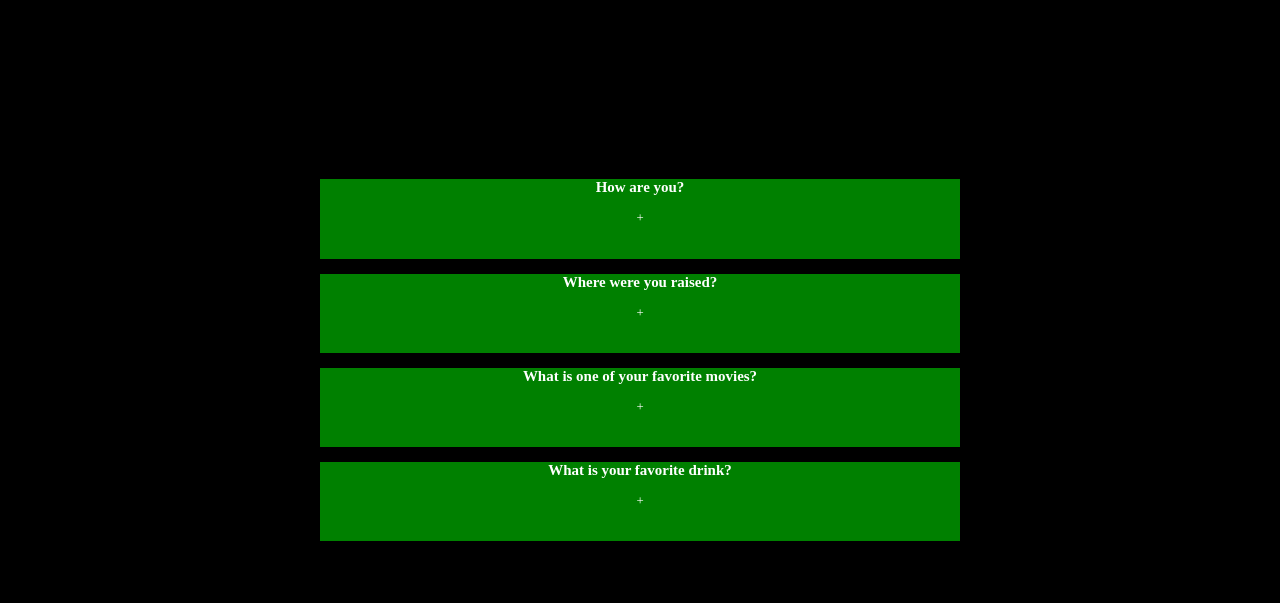
Repository: kosenijr/react-projects
Page: / (app in accordion/)
An editor plug-in stored every save of this project. The page is shown before and after the next save, followed by the edit.
The browser window is 1280 px wide. The pictures show the whole page.
The project was rebuilt for these pictures with package versions that can differ from the ones it lists, and the page was loaded fresh each time.

Above is the page before, as saved 2024-03-02 23:07:10.

### accordion/src/App.js
import React from "react";
import "./App.css";
import SingleSelection from "./components/SingleSelection";

function App() {
  return (
    <div className="App">
      <SingleSelection />
    </div>
  );
}

export default App;

### accordion/src/components/SingleSelection.js
import React, { useState } from "react";
import "../styles/SingleSelection.css";
import data from "../data";

function Accordion() {
  // setting up useState
  const [selected, setSelected] = useState(null);
  // setting up handling
  const handleSingleSelection = (getCurrentId) => {
    console.log(selected, getCurrentId);
    // setSelected(getCurrentId === selected ? null : getCurrentId); // keep add condition for closure
    setSelected(selected !== getCurrentId ? getCurrentId : null)
  };

  return (
    <div className="wrapper">
      {/* single selection accordion */}
      <div className="accordion">
        {data && data.length > 0 ? (
          data.map((dataItem) => (
            <div className="item" key={dataItem.id}>
              {" "}
              {/* always remember to add key */}
              <div
                className="title"
                onClick={() => handleSingleSelection(dataItem.id)}
              >
                <h3>{dataItem.question}</h3>
                <span>+</span>
              </div>
              {selected === dataItem.id ? (
                <div className="content ">{dataItem.answer}</div>
              ) : null}
            </div>
          ))
        ) : (
          <div>No data found!</div>
        )}
      </div>
    </div>
  );
}

export default Accordion;

### accordion/src/styles/SingleSelection.css
.wrapper {
  display: flex;
  justify-content: center;
  align-items: center;
  height: 100vh;
  width: 100vw;
  background-color: black
}
.accordion {
  color: white;
}

.item {
  background-color: green;
  font-size: 0.8em;
  font-family: "Raleway", "Times New Roman";
  margin: 2vh 0;
  padding-bottom: 1vh;
  height: 10vh;
  width: 50vw;
  border: 0.5em solid white
  cursor: pointer;
}

.content {
  font-size: 1.2em;
  font-family:  "Raleway", "Times New Roman";
  font-weight: 600;
}

### accordion/src/data.js
const data = [
  {
    id: 1,
    question: "How are you?",
    answer: "I am well!",
  },

  {
    id: 2,
    question: "Where were you raised?",
    answer: "I was raised in Queens.",
  },

  {
    id: 3,
    question: "What is one of your favorite movies?",
    answer: "Harlem Nights",
  },

  {
    id: 4,
    question: "What is your favorite drink?",
    answer: "Water",
  },
];

export default data;

Loaded but not shown: accordion/public/index.html (common file); accordion/src/index.js (common file); accordion/src/index.css (common file); accordion/src/reportWebVitals.js (common file); accordion/src/App.css (common file)

After the next save:
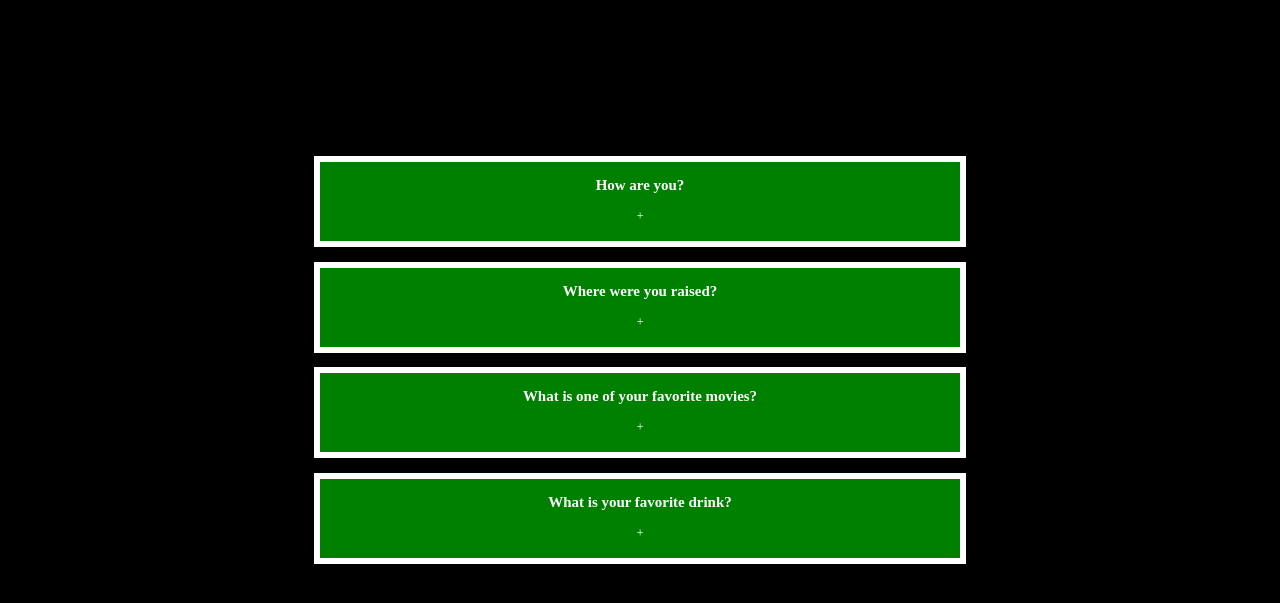
Saved 3 s later.
--- a/accordion/src/styles/SingleSelection.css
+++ b/accordion/src/styles/SingleSelection.css
@@ -18,7 +18,7 @@
   padding-bottom: 1vh;
   height: 10vh;
   width: 50vw;
-  border: 0.5em solid white
+  border: 0.5em solid white;
   cursor: pointer;
 }
 
